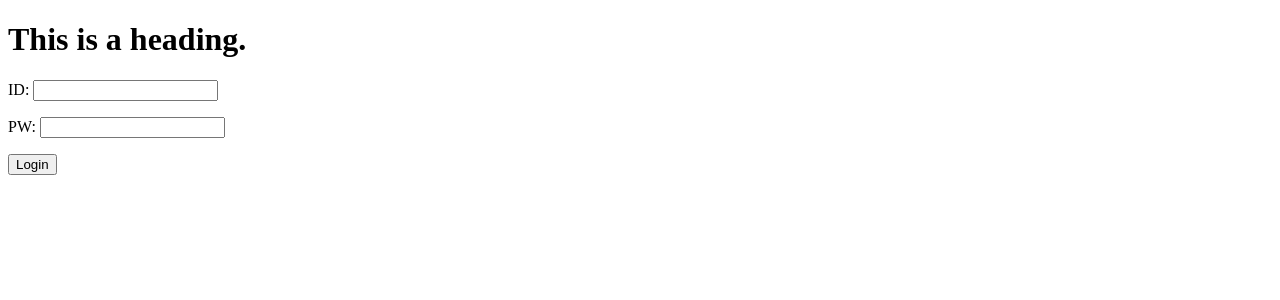
Repository: sinayaka-body/sparta
Page: frontend/login.html
The author's editor kept a copy of each file at every save. The page is drawn from the files as they stood at one save, then again after the next save.
The browser window is 1280 px wide. The pictures show the whole page.

Above is the page before, as saved 2023-04-15 14:05:28.

### frontend/login.html
<!DOCTYPE html>
<html lang="en">

<head>
    <meta charset="UTF-8">
    <meta name="viewport" content="width=device-width, initial-scale=1.0">
    <title>Login to SCC</title>
</head>

<body>
    <!-- tags for contents -->
    <h1>This is a heading.</h1>
    <p>ID: <input type="text" /></p>
    <p>PW: <input type="password"></p>
    <button>Login</button>
</body>

</html>

After the next save:
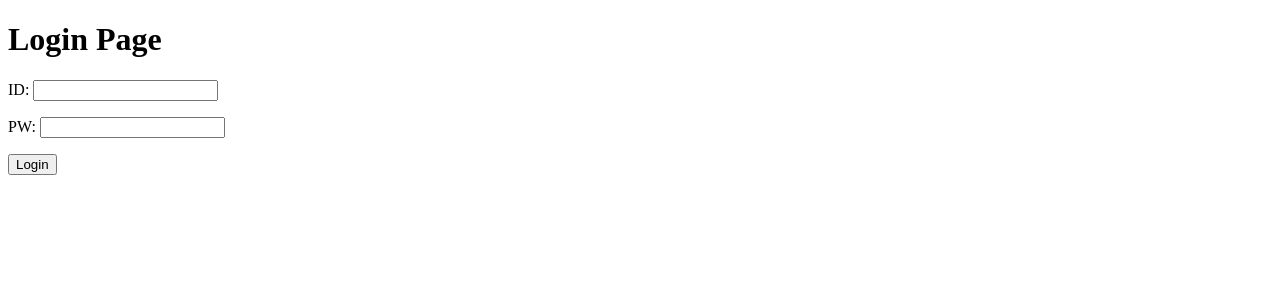
Saved 12 s later.
--- a/frontend/login.html
+++ b/frontend/login.html
@@ -9,7 +9,7 @@
 
 <body>
     <!-- tags for contents -->
-    <h1>This is a heading.</h1>
+    <h1>Login Page</h1>
     <p>ID: <input type="text" /></p>
     <p>PW: <input type="password"></p>
     <button>Login</button>
